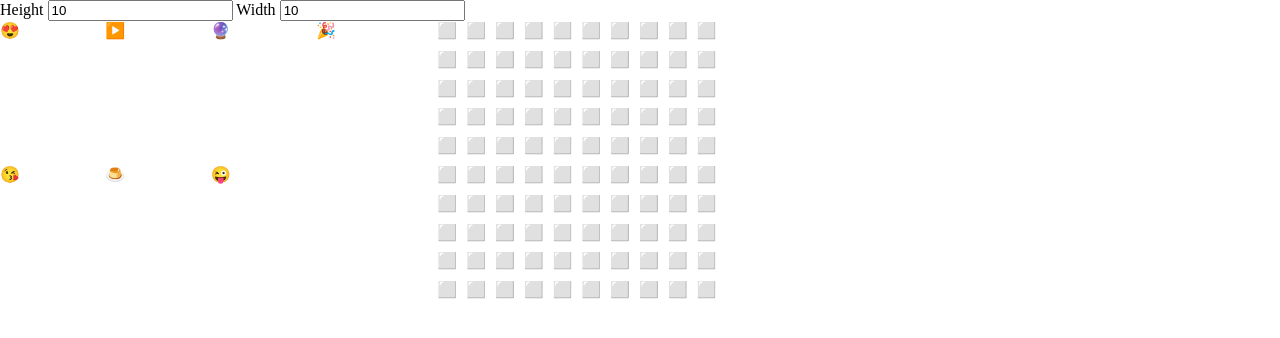
Repository: roast-rabbit/emoji-art-generator
Page: index.html
An editor plug-in stored every save of this project. The page is shown before and after the next save, followed by the edit.
The browser window is 1280 px wide. The pictures show the whole page.

Above is the page before, as saved 2022-12-06 15:46:53.

After the next save:
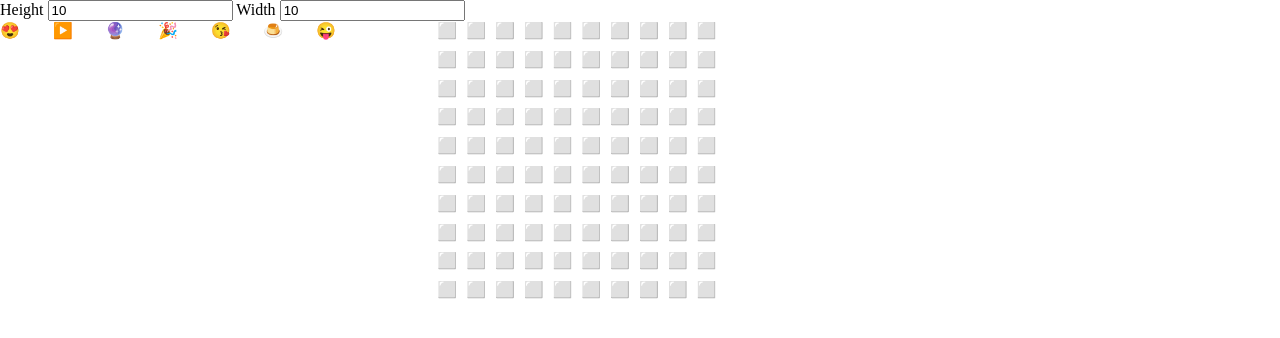
Saved 5 s later.
--- a/styles.css
+++ b/styles.css
@@ -16,5 +16,5 @@ body {
 
 #side-tool-set {
   display: grid;
-  grid-template-columns: repeat(4, 1fr);
+  grid-template-columns: repeat(8, 1fr);
 }
